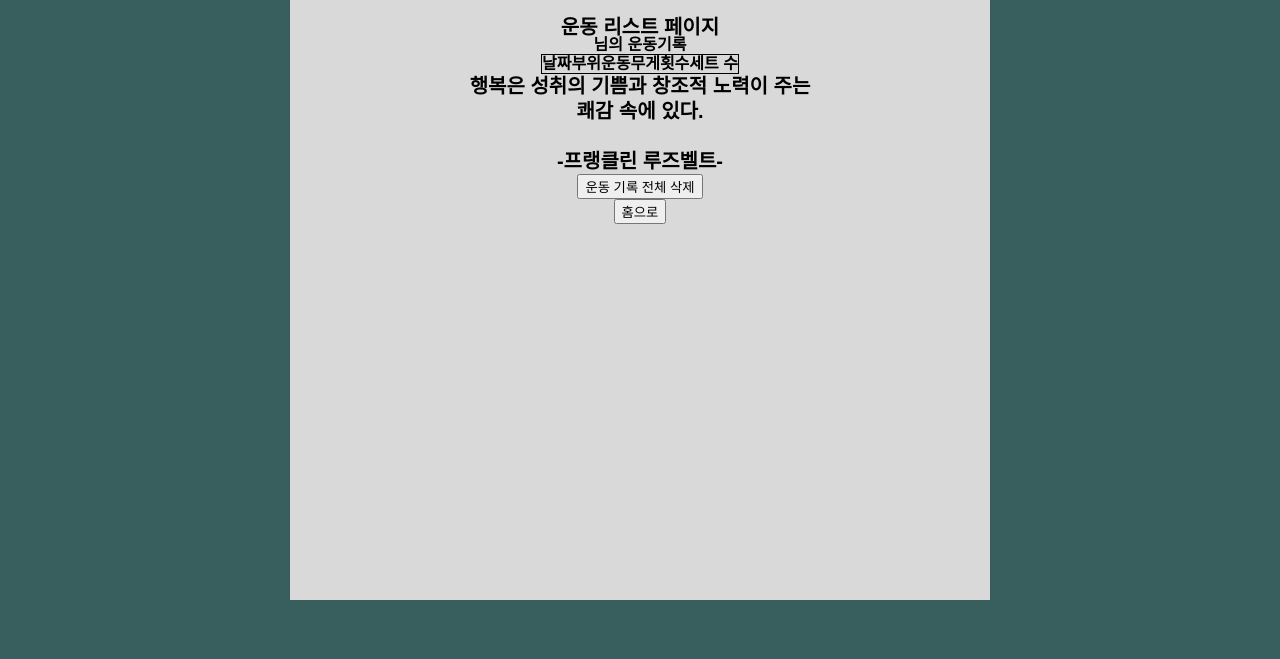
Repository: Up-Min/hrdkorea
Page: http://localhost/jsp_workout/wk_list.jsp
An editor plug-in stored every save of this project. The page is shown before and after a run of saves, followed by the edit.
The browser window is 1280 px wide. The pictures show the whole page.
The page is served by Tomcat 9. The template is opened directly, without the code that normally fills it, so the values that code supplies are empty.

Above is the page before, as saved 2022-12-31 06:17:56.

After the next 2 saves:
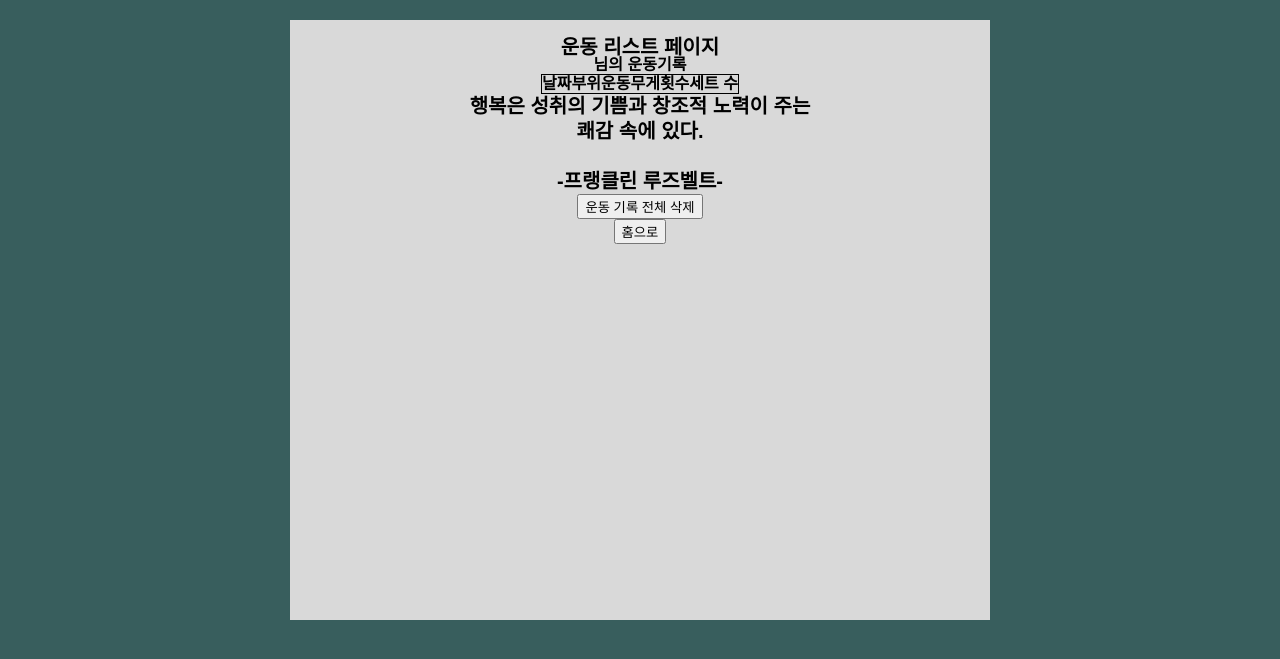
The 2 saves are shown as one change because they came seconds apart.
The last was saved 20 s later.
--- a/jsp_workout/src/main/webapp/wk_list.jsp
+++ b/jsp_workout/src/main/webapp/wk_list.jsp
@@ -14,7 +14,6 @@
 </head>
 <style>
 .body{
-	margin-top : 20px;
 	width: 700px;
 	height: 600px;
 	margin: 0 auto;
@@ -50,7 +49,7 @@ table td{
 </style>
 
 
-<body style = "background-color: #385E5D;" >
+<body style = "background-color: #385E5D; margin-top : 20px;" >
 <div class="body">
 	<form action="delete" method="post">
 		<input type="hidden" name="work_num" value="${work_num}">
